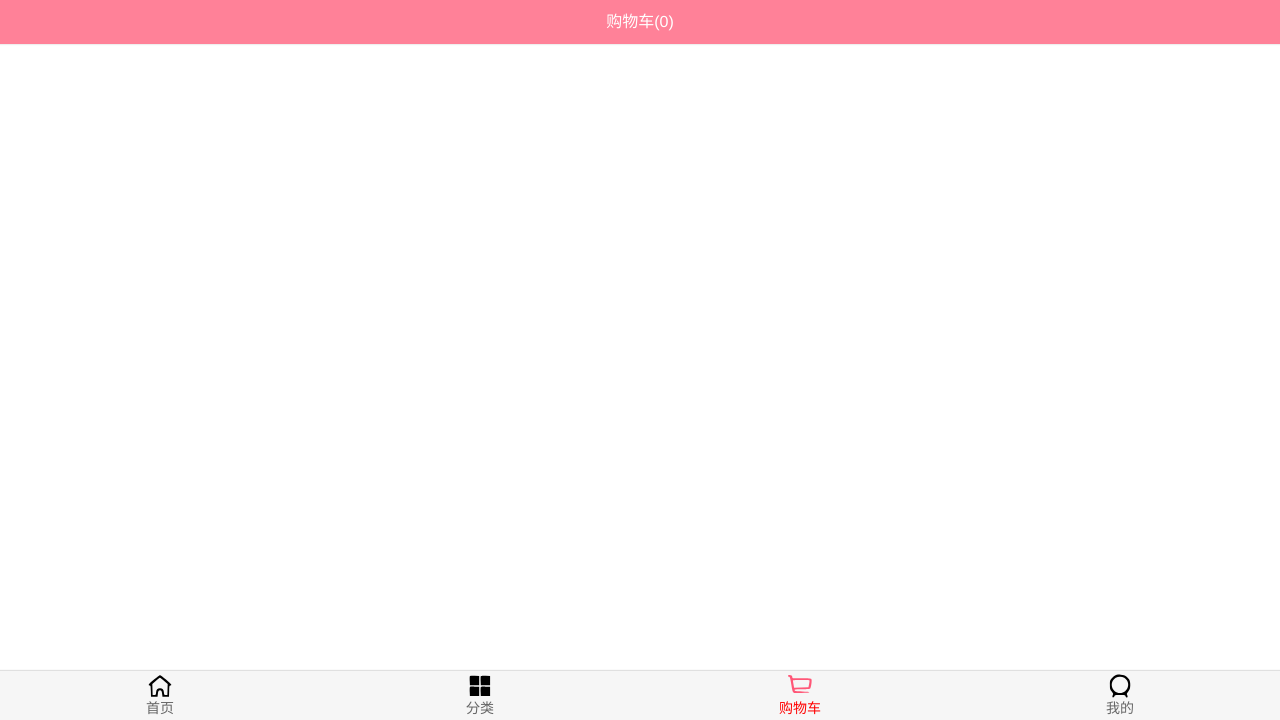
Repository: shihaowengit/mall
Page: /cart
The author's editor kept a copy of each file at every save. The page is drawn from the files as they stood at one save, then again after the next save.
The browser window is 1280 px wide. The pictures show the whole page.
The project was rebuilt for these pictures with package versions that can differ from the ones it lists, and the page was loaded fresh each time. Also part of the build but not shown: vue.config.js, src/views/cart/childComps/CartListItem.vue.

Above is the page before, as saved 2019-12-02 10:18:23.

### public/index.html
<!DOCTYPE html>
<html lang="en">
  <head>
    <meta charset="utf-8">
    <meta http-equiv="X-UA-Compatible" content="IE=edge">
    <meta name="viewport" content="width=device-width,initial-scale=1.0">
    <link rel="icon" href="<%= BASE_URL %>favicon.ico">
    <title>mail</title>
  </head>
  <body>
    <noscript>
      <strong>We're sorry but mail doesn't work properly without JavaScript enabled. Please enable it to continue.</strong>
    </noscript>
    <div id="app"></div>
    <!-- built files will be auto injected -->
  </body>
</html>

### src/main.js
import Vue from 'vue'
import App from './App.vue'
import router from './router'
import store from './store'

Vue.prototype.$bus = new Vue()

Vue.config.productionTip = false

new Vue({
  router,
  store,
  render: h => h(App)
}).$mount('#app')

### src/App.vue
<template>
  <div id="app">
    <keep-alive exclude="Detail">
      <router-view/>
    </keep-alive>
    <main-tab-bar/>
  </div>
</template>

<script>
import MainTabBar from 'components/content/mainTabBar/MainTabBar'
export default {
  name: 'App',
  components: {
    MainTabBar
  }
}
</script>

<style>
  @import url('./assets/css/base.css');
</style>

### src/router/index.js
import Vue from 'vue'
import VueRouter from 'vue-router'

const Home = () => import('views/home/Home')
const Category = () => import('views/category/Category')
const Cart = () => import('views/cart/Cart')
const Profile = () => import('views/profile/Profile')
const Detail = () => import('views/detail/Detail')


//防止多次点击报错
// const originalPush = VueRouter.prototype.push
// VueRouter.prototype.push = function push(location) {
//   return originalPush.call(this, location).catch(err => err)
// }

Vue.use(VueRouter)

const routes = [
  {
    path: '',
    redirect: '/home'
  },
  {
    path: '/home',
    component: Home
  },
  {
    path: '/category',
    component: Category
  },
  {
    path: '/cart',
    component: Cart
  },
  {
    path: '/profile',
    component: Profile
  },
  {
    path: '/detail/:iid',
    component: Detail
  }
]

const router = new VueRouter({
  mode: 'history',
  base: process.env.BASE_URL,
  routes
})

export default router

### src/store/index.js
import Vue from 'vue'
import Vuex from 'vuex'
import mutations from './mutations'
import actions from './actions'
import getters from './getters'

Vue.use(Vuex)

const state = {
  cartList: []
}

export default new Vuex.Store({
  state,
  mutations,
  actions,
  getters
})

### src/assets/css/base.css
@import "./normalize.css";

:root {
  --color-text: #666;
  --color-high-text: #ff5777;
  --color-tint: #ff8198;
  --color-background: #fff;
  --font-size: 14px;
  --line-height: 1.5;
}

*,
*::before,
*::after {
  margin: 0;
  padding: 0;
  box-sizing: border-box;
}

body {
  font-family: "Helvetica Neue",Helvetica,"PingFang SC","Hiragino Sans GB","Microsoft YaHei","微软雅黑",Arial,sans-serif;
  user-select: none; /* 禁止用户鼠标在页面上选中文字/图片等 */
  -webkit-tap-highlight-color: transparent; /* webkit是苹果浏览器引擎，tap点击，highlight背景高亮，color颜色，颜色用数值调节 */
  background: var(--color-background);
  color: var(--color-text);
  /* rem vw/vh */
  width: 100vw;
}

a {
  color: var(--color-text);
  text-decoration: none;
}


.clear-fix::after {
  clear: both;
  content: '';
  display: block;
  width: 0;
  height: 0;
  visibility: hidden;
}

.clear-fix {
  zoom: 1;
}

.left {
  float: left;
}

.right {
  float: right;
}

### src/components/content/mainTabBar/MainTabBar.vue
<template>
  <tab-bar>
    <tab-bar-item path="/home">
      <template v-slot:item-icon>
        <img src="~assets/img/tabbar/home.svg" alt="">
      </template>
      <template v-slot:item-active-icon>
        <img src="~assets/img/tabbar/home_active.svg" alt="">
      </template>
      <template v-slot:item-text>
        <div>首页</div>
      </template>
    </tab-bar-item>
    <tab-bar-item path="/category">
      <template v-slot:item-icon>
        <img src="~assets/img/tabbar/category.svg" alt="">
      </template>
      <template v-slot:item-active-icon>
        <img src="~assets/img/tabbar/category_active.svg" alt="">
      </template>
      <template v-slot:item-text>
        <div>分类</div>
      </template>
    </tab-bar-item>
    <tab-bar-item path="/cart">
      <template v-slot:item-icon>
        <img src="~assets/img/tabbar/shopcart.svg" alt="">
      </template>
      <template v-slot:item-active-icon>
        <img src="~assets/img/tabbar/shopcart_active.svg" alt="">
      </template>
      <template v-slot:item-text>
        <div>购物车</div>
      </template>
    </tab-bar-item>
    <tab-bar-item path="/profile">
      <template v-slot:item-icon>
        <img src="~assets/img/tabbar/profile.svg" alt="">
      </template>
      <template v-slot:item-active-icon>
        <img src="~assets/img/tabbar/profile_active.svg" alt="">
      </template>
      <template v-slot:item-text>
        <div>我的</div>
      </template>
    </tab-bar-item>
  </tab-bar>
</template>

<script>
  import TabBar from 'components/common/tabbar/TabBar'
  import TabBarItem from 'components/common/tabbar/TabBarItem'

  export default {
    name: "MainTabBar",
    components: {
      TabBar,
      TabBarItem
    }
  }
</script>

<style scoped>

</style>

### src/views/cart/Cart.vue
<template>
  <div class="cart">
    <nav-bar class="nav-bar">
      <template v-slot:center><div>购物车({{cartLength}})</div></template>
    </nav-bar>
    <cart-list></cart-list>
  </div>
</template>

<script>
import NavBar from 'components/common/navbar/NavBar'

import CartList from './childComps/CartList'
import BottomBar from './childComps/BottomBar'

import { mapGetters } from 'vuex'

export default {
  name: 'Cart',
  components: {
    NavBar,
    CartList,
    BottomBar
  },
  computed: {
    ...mapGetters(['cartLength', 'cartList'])
  }
}
</script>

<style scoped>
  .cart {
    height: 100vh;
  }

  .nav-bar {
    background-color: var(--color-tint);
    color: #fff;
    position: relative;
    z-index: 999;
  }
</style>

### src/store/mutations.js
import{
  ADD_COUNTER,
  ADD_TO_CART
} from './mutations-types'

const mutations = {
  [ADD_COUNTER](state, payload) {
    payload.count += 1
  },
  [ADD_TO_CART](state, payload) {
    state.cartList.push(payload)
  }
}

export default mutations

### src/store/actions.js
import{
  ADD_COUNTER,
  ADD_TO_CART
} from './mutations-types'

const actions = {
  addCart({state, commit}, payload) {
    let oldProduct = state.cartList.find(item => item.iid === payload.iid)

    if (oldProduct) {
      commit(ADD_COUNTER, oldProduct)
    } else {
      payload.count = 1
      payload.checked = false
      commit(ADD_TO_CART, payload)
    }
  }
}

export default actions

### src/store/getters.js
const getters = {
  cartLength(state) {
    return state.cartList.length
  },
  cartList(state) {
    return state.cartList
  }
}

export default getters

### src/components/common/tabbar/TabBar.vue
<template>
  <div id="tab-bar">
    <slot></slot>
  </div>
</template>

<script>
export default {
  name: 'TabBar'
};
</script>

<style>
  #tab-bar {
    display: flex;
    background-color: #f6f6f6;

    position: fixed;
    left: 0;
    right: 0;
    bottom: 0;

    box-shadow: 0 -1px 1px rgba(100, 100, 100, 0.2);
  }
</style>

### src/components/common/tabbar/TabBarItem.vue
<template>
  <div class="tab-bar-item" @click="itemClick">
    <div v-if="!isActive">
      <slot name="item-icon"></slot>
    </div>
    <div v-else>
      <slot name="item-active-icon"></slot>
    </div>
    <div :style="activeStyle">
      <slot name="item-text"></slot>
    </div>
  </div>
</template>

<script>
export default {
  name: 'TabBarItem',
  props: {
    path: String,
    activeColor: {
      type: String,
      default: 'red'
    }
  },
  data() {
    return {
      // isActive: true
    }
  },
  methods: {
    itemClick() {
      this.$router.push(this.path);
    }
  },
  computed: {
    activeStyle() {
      return this.isActive ? {color: this.activeColor} : {}
    },
    isActive() {
      return this.$route.path.indexOf(this.path) !== -1
    }
  }
};
</script>

<style>
  .tab-bar-item {
    flex: 1;
    text-align: center;
    height: 49px;
    font-size: 14px;
  }

  .tab-bar-item img {
    width: 24px;
    height: 24px;
    margin-top: 3px;
    vertical-align: middle;
    margin-bottom: 2px;
  }
</style>

### src/components/common/navbar/NavBar.vue
<template>
  <div class="nav-bar">
    <div class="left"><slot name="left"></slot></div>
    <div class="center"><slot name="center"></slot></div>
    <div class="right"><slot name="right"></slot></div>
  </div>
</template>

<script>
export default {
  name: 'NavBar'
}
</script>

<style>
  .nav-bar {
    display: flex;
    height: 44px;
    line-height: 44px;
    text-align: center;
    box-shadow: 0 1px 1px rgba(100, 100, 100, .1);
  }

  .left, .right {
    width: 50px;
  }

  .center {
    flex: 1;
  }
</style>

### src/components/common/scroll/Scroll.vue
<template>
  <div class="wrapper" ref="wrapper">
    <div class="content">
      <slot></slot>
    </div>
  </div>
</template>

<script>
import BScroll from 'better-scroll'

export default {
  name: 'Scroll',
  props: {
    probeType: {
      type: Number,
      default: 0
    },
    pullUpLoad: {
      type: Boolean,
      default: false
    }
  },
  data() {
    return {
      scroll: null
    }
  },
  mounted() {
    this.scroll = new BScroll(this.$refs.wrapper, {
      click: true,
      probeType: this.probeType,
      pullUpLoad: this.pullUpLoad
    })

    if (this.probeType === 2 || this.probeType === 3) {
      this.scroll.on('scroll', (position) => {
        this.$emit('scroll', position)
      })
    }

    if (this.pullUpLoad) {
      this.scroll.on('pullingUp', () => {
        this.$emit('pullingUp')
      })
    }

  },
  methods: {
    scrollTo(x, y, time) {
      this.scroll && this.scroll.scrollTo(x, y, time)
    },
    finishPullUp() {
      this.scroll && this.scroll.finishPullUp()
    },
    refresh() {
      this.scroll && this.scroll.refresh()
    },
    getScrollY() {
      return this.scroll.y
    }
  }
}
</script>

<style scoped>

</style>

### src/views/cart/childComps/CartList.vue
<template>
<div class="cart-list">
  <scroll class="scroll" ref="scroll">
    <div class="cart-list">
      <cart-list-item v-for="item in cartList" :key="item.iid" :item-info="item"></cart-list-item>
    </div>
  </scroll>
</div>
</template>

<script>
  import Scroll from 'components/common/scroll/Scroll'
  import CartListItem from './CartListItem'

  import { mapGetters } from 'vuex'

	export default {
		name: "CartList",
    components: {
      Scroll,
      CartListItem
    },
    computed: {
      ...mapGetters(['cartList'])
    },
    activated() {
      this.$refs.scroll.refresh()
    }
	}
</script>

<style scoped>
  .cart-list {
    height: calc(100% - 44px - 49px);
  }

  .scroll {
    height: 100%;
  }
</style>

### src/views/cart/childComps/BottomBar.vue
<template>
  <div class="bottom-menu">
    <CheckButton class="select-all" @checkBtnClick="checkBtnClick" v-model="isSelectAll"></CheckButton>
    <span>全选</span>
    <span class="total-price">合计: ¥{{totalPrice}}</span>
    <span class="buy-product">去计算({{$store.getters.cartCount}})</span>
  </div>
</template>

<script>
  import CheckButton from './CheckButton'

	export default {
		name: "BottomBar",
    components: {
		  CheckButton
    },
    computed: {
		  totalPrice() {
        const cartList = this.$store.getters.cartList;
        return cartList.filter(item => {
          return item.checked
        }).reduce((preValue, item) => {
          return preValue + item.count * item.newPrice
        }, 0).toFixed(2)
      },
      isSelectAll: function () {
        return this.$store.getters.cartList.find(item => item.checked === false) === undefined;
      }
    },
    methods: {
      checkBtnClick: function () {
        // 1.判断是否有未选中的按钮
        let isSelectAll = this.$store.getters.cartList.find(item => !item.checked);

        // 2.有未选中的内容, 则全部选中
        if (isSelectAll) {
          this.$store.state.cartList.forEach(item => {
            item.checked = true;
          });
        } else {
          this.$store.state.cartList.forEach(item => {
            item.checked = false;
          });
        }
      }
    }
	}
</script>

<style scoped>
  .bottom-menu {
    width: 100%;
    height: 44px;
    background-color: #eee;
    position: fixed;
    bottom: 50px;
    left: 0;
    box-shadow: 0 -2px 3px rgba(0, 0, 0, .2);
    font-size: 14px;
    color: #888;
    line-height: 44px;
    padding-left: 35px;
    box-sizing: border-box;
  }

  .bottom-menu .select-all {
    position: absolute;
    line-height: 0;
    left: 12px;
    top: 13px;
  }

  .bottom-menu .total-price {
    margin-left: 15px;
    font-size: 16px;
    color: #666;
  }

  .bottom-menu .buy-product {
    background-color: orangered;
    color: #fff;
    width: 100px;
    height: 44px;
    text-align: center;
    line-height: 44px;
    float: right;
  }
</style>

### src/views/cart/childComps/CheckButton.vue
<template>
    <div>
      <div class="icon-selector" :class="{'selector-active': checked}" @click="selectItem">
        <img src="~/assets/img/cart/tick.svg" alt="">
      </div>
    </div>
</template>

<script>
	export default {
		name: "CheckButton",
    props: {
		  value: {
		    type: Boolean,
        default: true
      }
    },
    data() {
		  return {
		    checked: this.value
      }
    },
    methods: {
      selectItem: function () {
        this.$emit('checkBtnClick')
      }
    },
    watch: {
		  value: function (newValue) {
        this.checked = newValue;
      }
    }
	}
</script>

<style scoped>
  .icon-selector {
    position: relative;
    margin: 0;
    width: 18px;
    height: 18px;
    border-radius: 50%;
    border: 2px solid #ccc;
    cursor: pointer;
  }

  .selector-active {
    background-color: #ff8198;
    border-color: #ff8198;
  }
</style>

Loaded but not shown: src/assets/css/normalize.css (library); src/store/mutations-types.js (common file)

After the next save:
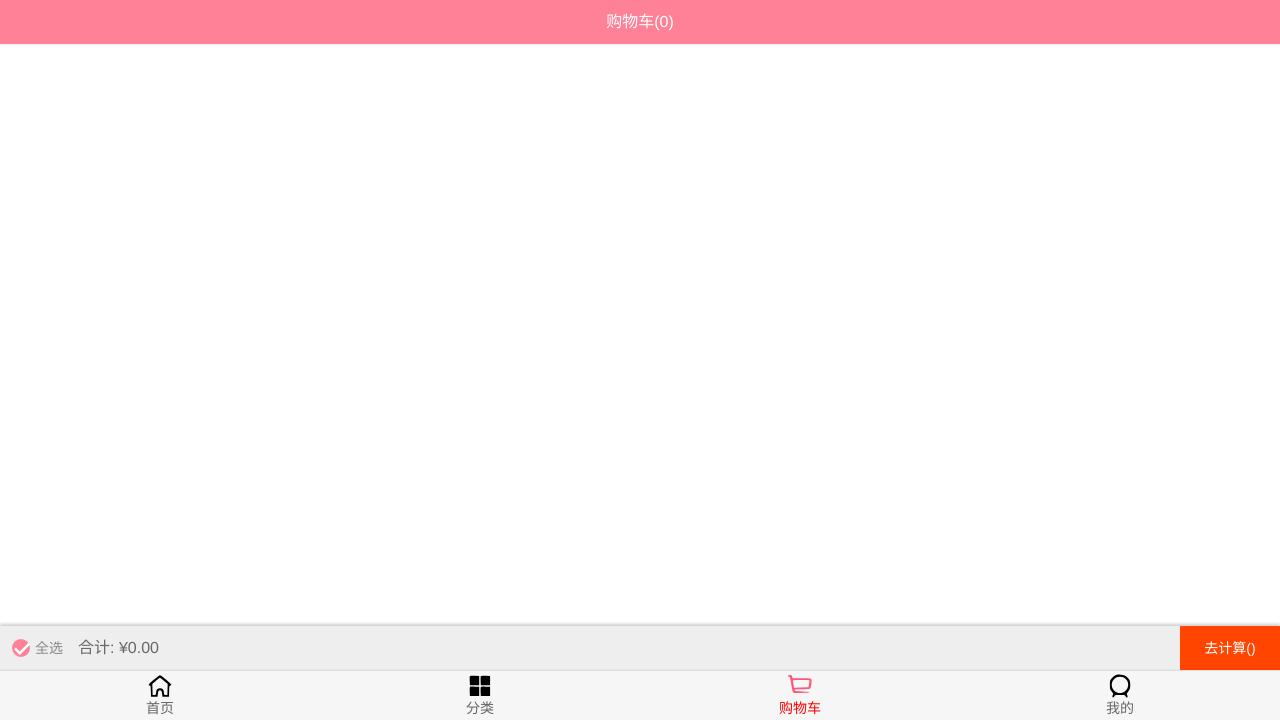
Saved 26 s later.
--- a/src/views/cart/Cart.vue
+++ b/src/views/cart/Cart.vue
@@ -4,6 +4,7 @@
       <template v-slot:center><div>购物车({{cartLength}})</div></template>
     </nav-bar>
     <cart-list></cart-list>
+    <bottom-bar/>>
   </div>
 </template>
 
